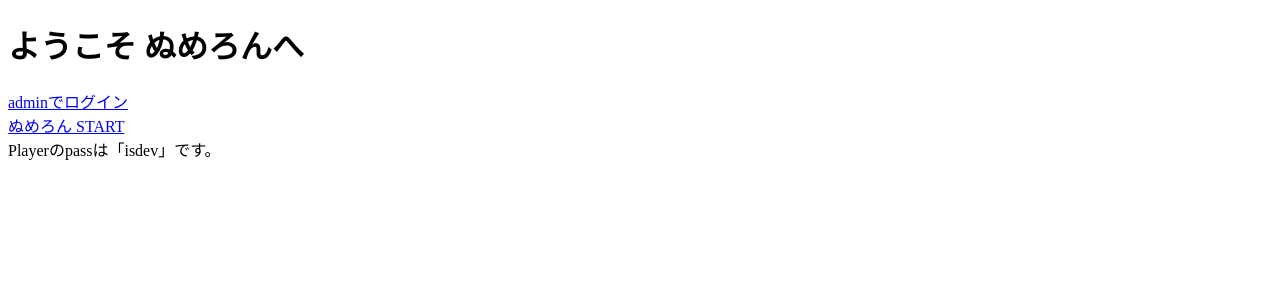
Repository: e1b21069/team2
Page: .log/team2/src/main/resources/static/index.html
An editor plug-in stored every save of this project. The page is shown before and after the next save, followed by the edit.
The browser window is 1280 px wide. The pictures show the whole page.

Above is the page before, as saved 2023-11-20 21:27:29.

After the next save:
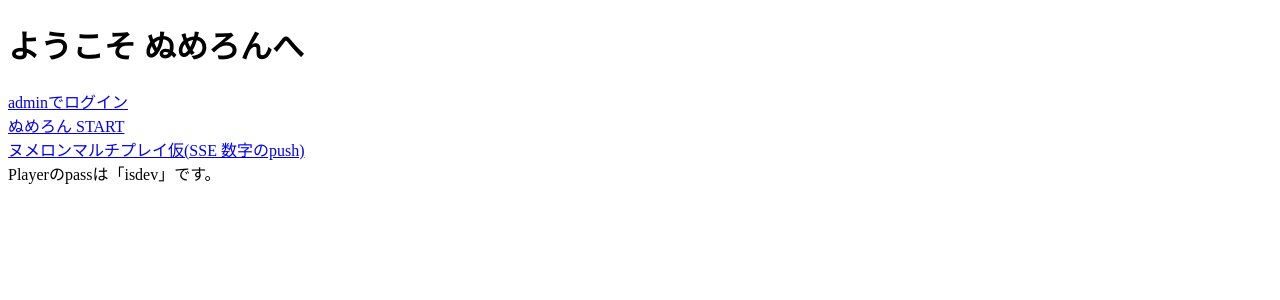
Saved 51 min 44 s later.
--- a/.log/team2/src/main/resources/static/index.html
+++ b/.log/team2/src/main/resources/static/index.html
@@ -12,6 +12,7 @@
   </h1>
   <a href="/admin">adminでログイン</a><br>
   <a href="/numeron">ぬめろん START</a><br>
+  <a href="/multiNumeron.html">ヌメロンマルチプレイ仮(SSE 数字のpush)</a><br>
   Playerのpassは「isdev」です。<br>
 </body>
 
